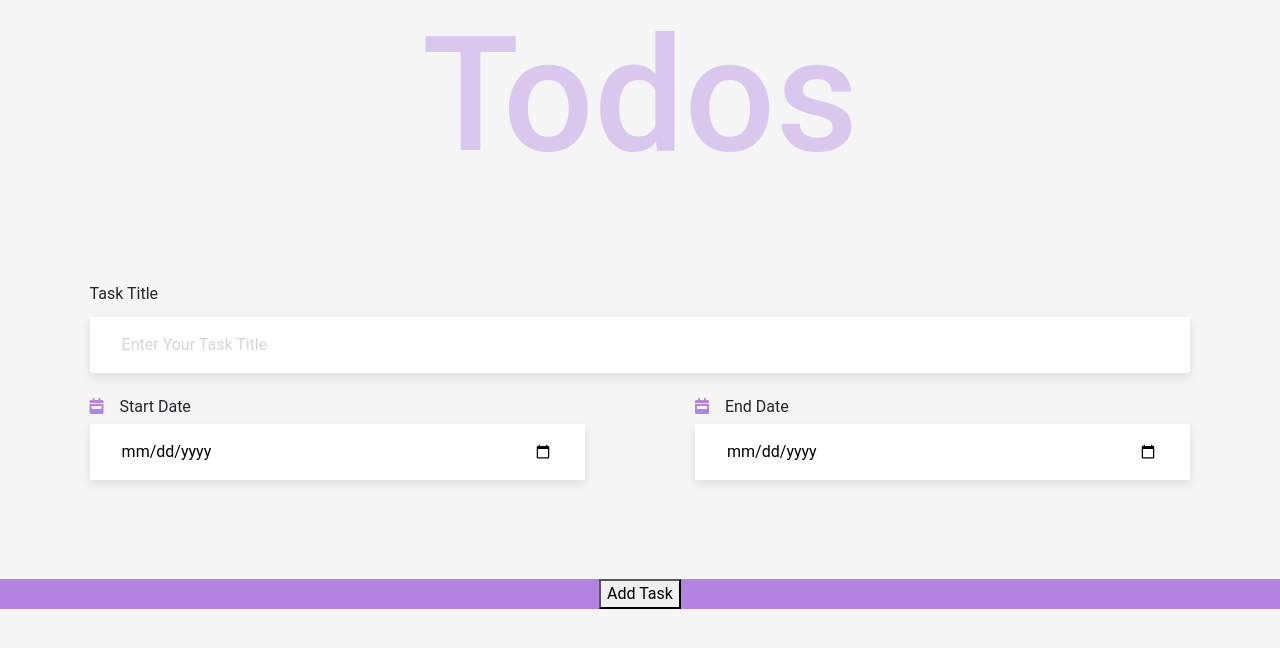
Repository: Surahailat/TypeScript
Page: Mini project 10-3/Project-TS.html
The author's editor kept a copy of each file at every save. The page is drawn from the files as they stood at one save, then again after a run of saves.
The browser window is 1280 px wide. The pictures show the whole page.

Above is the page before, as saved 2025-03-10 14:02:41.

After the next 2 saves:
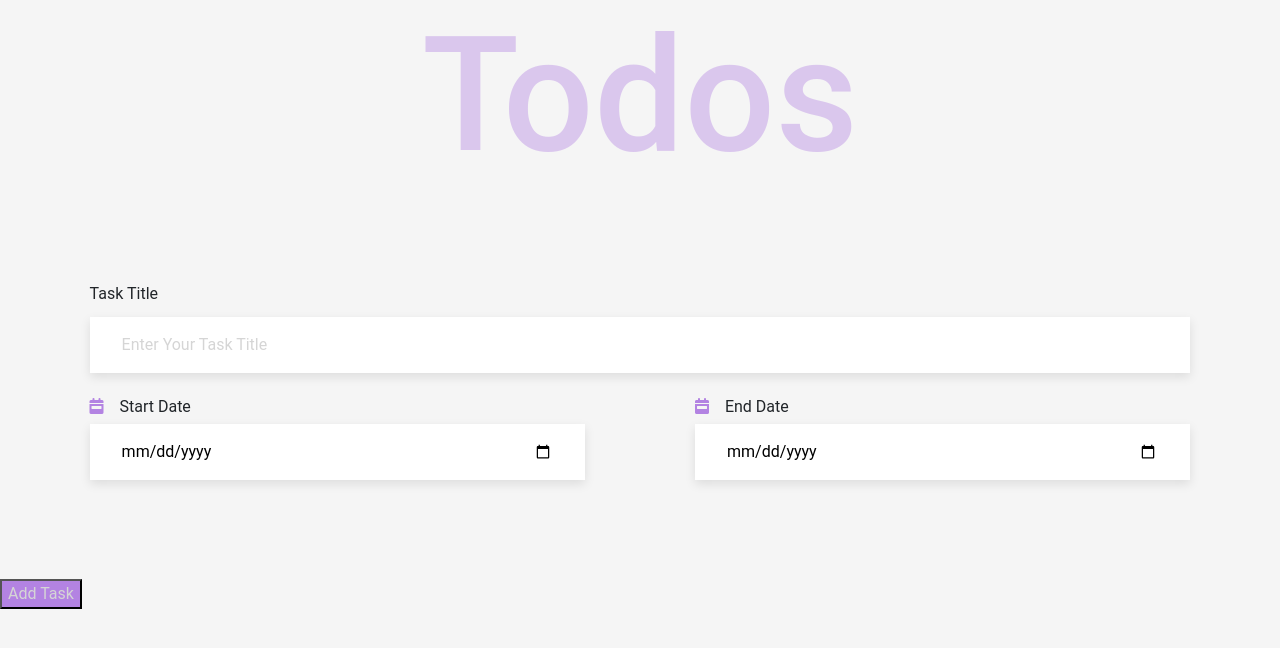
The 2 saves are shown as one change because they came seconds apart.
The last was saved 20 s later.
--- a/Mini project 10-3/Project-TS.html
+++ b/Mini project 10-3/Project-TS.html
@@ -87,8 +87,8 @@
             </div>
         </div>
     </div>
-    <div class="AddTask">
-        <button type="submit" class="" onclick="save(event)">Add Task</button>
+    <div class="">
+        <button type="submit" class="AddTask" onclick="save(event)">Add Task</button>
     </div>
     <script src="https://cdn.jsdelivr.net/npm/bootstrap@5.3.3/dist/js/bootstrap.bundle.min.js"
         integrity="sha384-YvpcrYf0tY3lHB60NNkmXc5s9fDVZLESaAA55NDzOxhy9GkcIdslK1eN7N6jIeHz"
